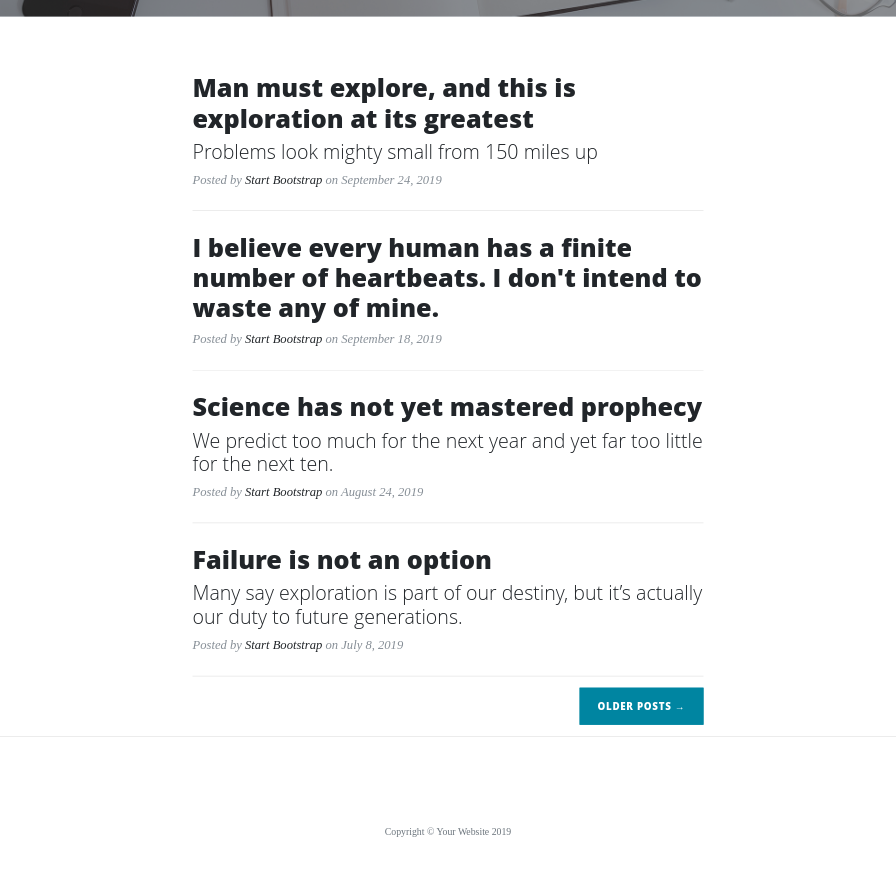
Repository: irinatu17/Flask
Page: http://localhost/
The author's editor kept a record of every edit. The page is drawn from the files as they stood at one moment, then again after the next edit.
The browser window is 1280 px wide. The pictures show the part of the page from y = 508 to 2428 px (the page is 1773 px tall before and 2767 px after), at 70% of full size.
The page is served by the project's application, run on Flask 3 (run.py). Other server files are loaded and not shown.

Above is the page before.

### templates/index.html
{% extends 'base.html' %} {% block content %}

<div class="row">
    <div class="col-lg-8 col-md-10 mx-auto">
        <div class="post-preview">
            <a href="post.html">
                <h2 class="post-title">
                    Man must explore, and this is exploration at its greatest
                </h2>
                <h3 class="post-subtitle">
                    Problems look mighty small from 150 miles up
                </h3>
            </a>
            <p class="post-meta">Posted by
                <a href="#">Start Bootstrap</a> on September 24, 2017</p>
        </div>
        <hr>
        <div class="post-preview">
            <a href="post.html">
                <h2 class="post-title">
                    I believe every human has a finite number of heartbeats. I don't intend to waste any of mine.
                </h2>
            </a>
            <p class="post-meta">Posted by
                <a href="#">Start Bootstrap</a> on September 18, 2017</p>
        </div>
        <hr>
        <div class="post-preview">
            <a href="post.html">
                <h2 class="post-title">
                    Science has not yet mastered prophecy
                </h2>
                <h3 class="post-subtitle">
                    We predict too much for the next year and yet far too little for the next ten.
                </h3>
            </a>
            <p class="post-meta">Posted by
                <a href="#">Start Bootstrap</a> on August 24, 2017</p>
        </div>
        <hr>
        <div class="post-preview">
            <a href="post.html">
                <h2 class="post-title">
                    Failure is not an option
                </h2>
                <h3 class="post-subtitle">
                    Many say exploration is part of our destiny, but it’s actually our duty to future generations.
                </h3>
            </a>
            <p class="post-meta">Posted by
                <a href="#">Start Bootstrap</a> on July 8, 2017</p>
        </div>
        <hr>
        <!-- Pager -->
        <div class="clearfix">
            <a class="btn btn-primary float-right" href="#">Older Posts &rarr;</a>
        </div>
    </div>
</div>
{% endblock %}

### templates/base.html
<!DOCTYPE html>
<html lang="en">

<head>
    <meta charset="UTF-8">
    <meta name="viewport" content="width=device-width, initial-scale=1.0">
    <meta http-equiv="X-UA-Compatible" content="ie=edge">
    <link href="{{ url_for('static', filename='vendor/bootstrap/css/bootstrap.min.css') }}" rel="stylesheet">
    <link rel="stylesheet" href="{{ url_for('static', filename='css/clean-blog.min.css') }}" type="text/css" />

    <title>Hello Flask</title>
</head>

<body>
    <!-- Navigation -->
    <nav class="navbar navbar-expand-lg navbar-light fixed-top" id="mainNav">
        <div class="container">
            <a class="navbar-brand" href="index.html">Start Bootstrap</a>
            <button class="navbar-toggler navbar-toggler-right" type="button" data-toggle="collapse" data-target="#navbarResponsive" aria-controls="navbarResponsive" aria-expanded="false" aria-label="Toggle navigation">
          Menu
          <i class="fa fa-bars"></i>
        </button>
            <div class="collapse navbar-collapse" id="navbarResponsive">
                <ul class="navbar-nav ml-auto">
                    <li class="nav-item">
                        <a class="nav-link" href="{{ url_for('index') }}">Home</a>
                    </li>
                    <li class="nav-item">
                        <a class="nav-link" href="{{ url_for('about') }}">About</a>
                    </li>
                    <li class="nav-item">
                        <a class="nav-link" href="{{ url_for('contact') }}">Contact</a>
                    </li>
                    <li class="nav-item">
                        <a class="nav-link" href="{{ url_for('careers') }}">Careers</a>
                    </li>
                </ul>
            </div>
        </div>
    </nav>

    <!-- Page Header -->
    <header class="masthead" style="background-image: url('{{ url_for('static', filename='img/home-bg.jpg') }}">
        <div class="overlay"></div>
        <div class="container">
            <div class="row">
                <div class="col-lg-8 col-md-10 mx-auto">
                    <div class="site-heading">
                        <h1>Clean Blog</h1>
                        <span class="subheading">A Blog Theme by Start Bootstrap</span>
                    </div>
                </div>
            </div>
        </div>
    </header>

  <!-- Main Content -->
  <div class="container">
    <div class="row">
      <div class="col-lg-8 col-md-10 mx-auto">
        <div class="post-preview">
          <a href="post.html">
            <h2 class="post-title">
              Man must explore, and this is exploration at its greatest
            </h2>
            <h3 class="post-subtitle">
              Problems look mighty small from 150 miles up
            </h3>
          </a>
          <p class="post-meta">Posted by
            <a href="#">Start Bootstrap</a>
            on September 24, 2019</p>
        </div>
        <hr>
        <div class="post-preview">
          <a href="post.html">
            <h2 class="post-title">
              I believe every human has a finite number of heartbeats. I don't intend to waste any of mine.
            </h2>
          </a>
          <p class="post-meta">Posted by
            <a href="#">Start Bootstrap</a>
            on September 18, 2019</p>
        </div>
        <hr>
        <div class="post-preview">
          <a href="post.html">
            <h2 class="post-title">
              Science has not yet mastered prophecy
            </h2>
            <h3 class="post-subtitle">
              We predict too much for the next year and yet far too little for the next ten.
            </h3>
          </a>
          <p class="post-meta">Posted by
            <a href="#">Start Bootstrap</a>
            on August 24, 2019</p>
        </div>
        <hr>
        <div class="post-preview">
          <a href="post.html">
            <h2 class="post-title">
              Failure is not an option
            </h2>
            <h3 class="post-subtitle">
              Many say exploration is part of our destiny, but it’s actually our duty to future generations.
            </h3>
          </a>
          <p class="post-meta">Posted by
            <a href="#">Start Bootstrap</a>
            on July 8, 2019</p>
        </div>
        <hr>
        <!-- Pager -->
        <div class="clearfix">
          <a class="btn btn-primary float-right" href="#">Older Posts &rarr;</a>
        </div>
      </div>
    </div>
  </div>

  <hr>

  <!-- Footer -->
  <footer>
    <div class="container">
      <div class="row">
        <div class="col-lg-8 col-md-10 mx-auto">
          <ul class="list-inline text-center">
            <li class="list-inline-item">
              <a href="#">
                <span class="fa-stack fa-lg">
                  <i class="fas fa-circle fa-stack-2x"></i>
                  <i class="fab fa-twitter fa-stack-1x fa-inverse"></i>
                </span>
              </a>
            </li>
            <li class="list-inline-item">
              <a href="#">
                <span class="fa-stack fa-lg">
                  <i class="fas fa-circle fa-stack-2x"></i>
                  <i class="fab fa-facebook-f fa-stack-1x fa-inverse"></i>
                </span>
              </a>
            </li>
            <li class="list-inline-item">
              <a href="#">
                <span class="fa-stack fa-lg">
                  <i class="fas fa-circle fa-stack-2x"></i>
                  <i class="fab fa-github fa-stack-1x fa-inverse"></i>
                </span>
              </a>
            </li>
          </ul>
          <p class="copyright text-muted">Copyright &copy; Your Website 2019</p>
        </div>
      </div>
    </div>
  </footer>

 <!-- Bootstrap core JavaScript -->
    <script src="{{ url_for('static', filename='vendor/jquery/jquery.min.js') }}"></script>
    <script src="{{ url_for('static', filename='vendor/bootstrap/js/bootstrap.bundle.min.js') }}"></script>

    <!-- Custom scripts for this template -->
    <script src="{{ url_for('static', filename='js/clean-blog.min.js') }}"></script>

</body>

</html>

### run.py
import os
import json
from flask import Flask, render_template, request, flash

app = Flask(__name__)
app.secret_key = 'some_secret'


@app.route('/')
def index():
    return render_template("index.html")


@app.route('/about')
def about():
    data = []
    with open("data/company.json", "r") as json_data:
        data = json.load(json_data)
    return render_template("about.html", page_title="About", company=data)


@app.route('/about/<member_name>')
def about_member(member_name):
    member = {}

    with open("data/company.json", "r") as json_data:
        data = json.load(json_data)
        for obj in data:
            if obj["url"] == member_name:
                member = obj

    return render_template("member.html", member=member)


@app.route('/contact', methods=["GET", "POST"])
def contact():
    if request.method == "POST":
        flash("Thanks {}, we have received your message".format(
            request.form["name"]
        ))
    return render_template("contact.html", page_title="Contact")


@app.route('/careers')
def careers():
    return render_template("careers.html", page_title="Careers")

if __name__ == '__main__':
    app.run(host=os.environ.get('IP'),
            port=int(os.environ.get('PORT')),
            debug=True)

Loaded but not shown: static/css/clean-blog.min.css (library); static/js/clean-blog.min.js (common file)

After the next edit:
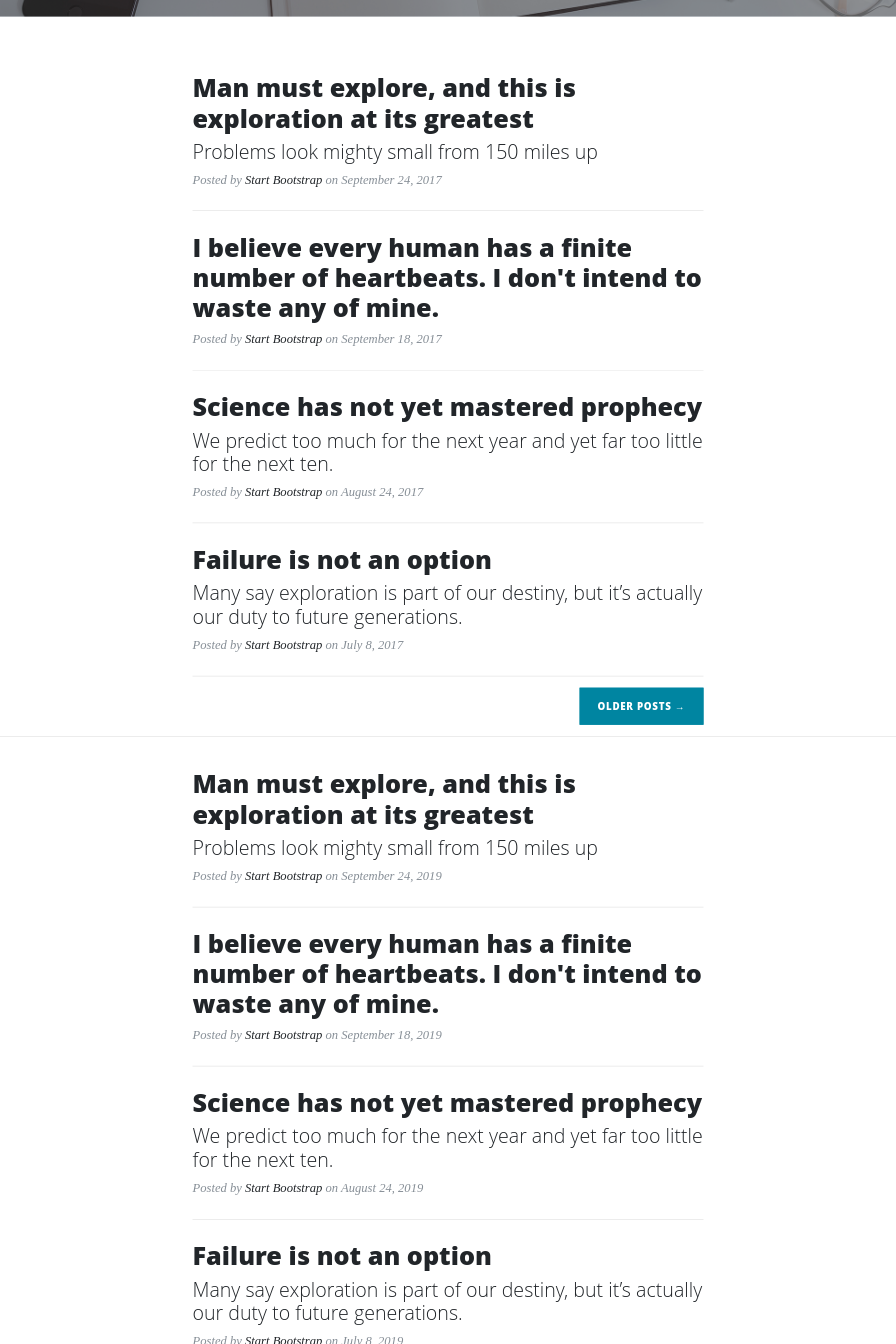
The edit:
--- a/templates/base.html
+++ b/templates/base.html
@@ -54,6 +54,12 @@
         </div>
     </header>
 
+ <!-- Main Content -->
+    <div class="container">
+        {% block content %} {% endblock %}
+    </div>
+
+    <hr>
   <!-- Main Content -->
   <div class="container">
     <div class="row">
